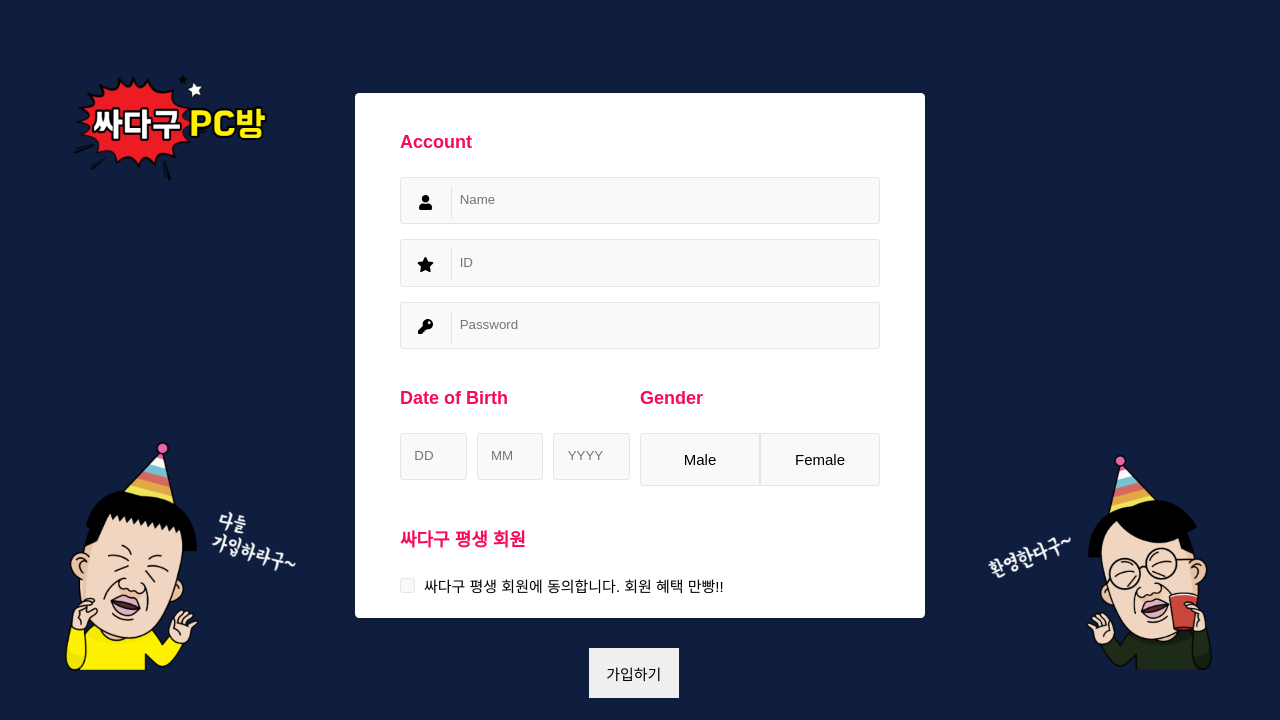
Repository: lkwoung/webProject-assignment
Page: http://localhost/CheapPC/login/join.jsp
An editor plug-in stored every save of this project. The page is shown before and after the next save, followed by the edit.
The browser window is 1280 px wide. The pictures show the whole page.
Some web fonts or font styles are not loaded; a fallback is used. Some web libraries are served in a nearby version. The page is served by Tomcat 9.

Above is the page before, as saved 2020-12-17 17:11:23.

After the next save:
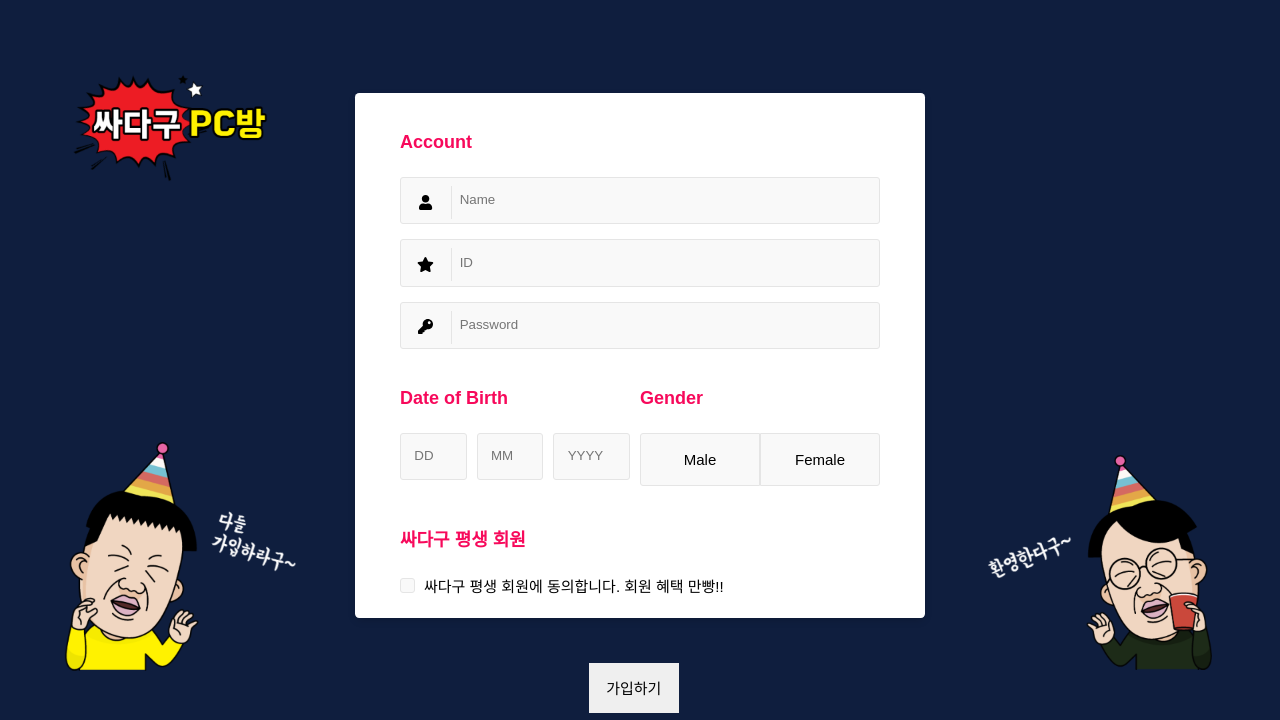
Saved 16 s later.
--- a/CheapPC/WebContent/login/join.jsp
+++ b/CheapPC/WebContent/login/join.jsp
@@ -59,7 +59,7 @@
         <label for="terms" style="font-family:'Hanna', sans-serif;">싸다구 평생 회원에 동의합니다. 회원 혜택 만빵!!</label>
       </div>
     </div>
-      <button type="submit" style="font-family:'Hanna', sans-serif; backroung-color:#F93738; position:absolute; bottom:3%; width:90px; padding:10px; height:50px; left:46%;">가입하기</button>
+      <button type="submit" style="font-family:'Hanna', sans-serif; backroung-color:#F93738; position:absolute; bottom:1%; width:90px; padding:10px; height:50px; left:46%;">가입하기</button>
   </form>
   </div>
 
